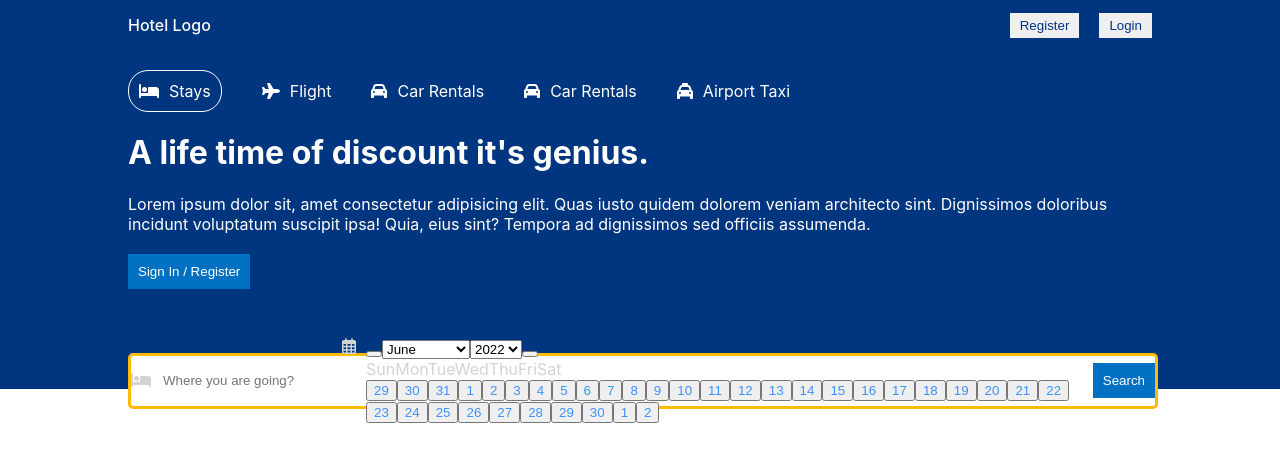
Repository: shikubro90/Booking-App
Page: /
These files come from the project's save history. The page is drawn as it stood at one moment and after a run of saves; the edit follows.
The browser window is 1280 px wide. The pictures show the whole page.
The project was rebuilt for these pictures with package versions that can differ from the ones it lists, and the page was loaded fresh each time. Also part of the build but not shown: src/App.css, src/pages/Hotels/Hotels.jsx. Imported but missing from the stored project, and not drawn on this page: src/pages/List/List.

Above is the page before, as saved 2022-06-29 01:05:07.

### src/App.js
import './App.css';
import {
  BrowserRouter,
  Routes,
  Route,
} from "react-router-dom";

import Home from './pages/Home/Home';
import List from './pages/List/List';
import Hotels from './pages/Hotels/Hotels';

function App() {
  return (
    <BrowserRouter>
      <Routes>
        <Route path='/' element={<Home/>}/>
        <Route path='hotels' element={<List/>}/>
        <Route path='hotels/:id' element={<Hotels/>}/>
      </Routes>
    </BrowserRouter>
  );
}

export default App;

### src/pages/Home/Home.jsx
import React from 'react';
import Header from '../../components/Header/Header';
import Navbar from '../../components/Navbar/Navbar';

const Home = () => {
    return (
        <div>
            <Navbar/>
            <Header/>
        </div>
    );
};

export default Home;

### src/components/Header/Header.jsx
import { faCalendarDays } from '@fortawesome/free-regular-svg-icons';
import { faBed, faCar, faPlane, faTaxi } from '@fortawesome/free-solid-svg-icons';
import { FontAwesomeIcon } from '@fortawesome/react-fontawesome';
import { useState } from 'react';
import { DateRange } from 'react-date-range';
import './Header.css';

const Header = () => {

    const [date, setDate] = useState([
        {
            startDate : new Date(),
            endDate : null,
            key : "selection"
        }
    ])

    return (
        <div className="header">
            <div className="headerContainer">
                <div className="headerList">
                    <div className="headerListItem active">
                        <FontAwesomeIcon icon={faBed} />
                        <span>Stays</span>
                    </div>
                    <div className="headerListItem">
                        <FontAwesomeIcon icon={faPlane} />
                        <span>Flight</span>
                    </div>
                    <div className="headerListItem">
                        <FontAwesomeIcon icon={faCar} />
                        <span>Car Rentals</span>
                    </div>
                    <div className="headerListItem">
                        <FontAwesomeIcon icon={faCar} />
                        <span>Car Rentals</span>
                    </div>
                    <div className="headerListItem">
                        <FontAwesomeIcon icon={faTaxi} />
                        <span>Airport Taxi</span>
                    </div>
                </div>
                {/* End headerListing */}

                <h1 className="headerTitle">
                    A life time of discount it's genius.
                </h1>
                <div className="headerDescription">
                    Lorem ipsum dolor sit, amet consectetur adipisicing elit. Quas iusto quidem dolorem veniam architecto sint. Dignissimos doloribus incidunt voluptatum suscipit ipsa! Quia, eius sint? Tempora ad dignissimos sed officiis assumenda.
                </div>
                <button className='headerButton'>Sign In / Register</button>

                <div className="headerSearch">
                    <div className="headerSearchItem">
                        <FontAwesomeIcon icon={faBed} className="headerIcon" />
                        <input type="text" placeholder='Where you are going?' className='headerSearchInput' />
                    </div>
                    {/* headerSearchItem */}
                    <div className="headerSearchItem">
                        <FontAwesomeIcon icon={faCalendarDays} className="headerIcon" />
                        <span className='headerSearchText'>
                            <DateRange
                            editableDateInputs={true}
                            onChange={item => setDate([item.selection])}

                            />
                        </span>
                    </div>
                    {/* headerSearchItem */}
                    <div className="headerSearchItem">
                        <button className="headerButton">Search</button>
                    </div>
                    {/* headerSearchItem */}
                </div>
                {/* HeaderSearch */}

            </div>
            {/* End headerContainer */}
        </div>
        // End header
    );
};

export default Header;

### src/components/Navbar/Navbar.jsx
import  './Navbar.css';

const Navbar = () => {
    return (
        <div className='navbar'>
            <div className="navContainer">
                <span className="logo">
                    Hotel Logo
                </span>
                {/* End Logo */}

                <div className="navItems">
                    <button className='navButton'>Register</button>
                    <button className='navButton'>Login</button>
                </div>
            </div>
            {/* End navContainer */}
        </div>
        // End Navbar
    );
};

export default Navbar;

### src/components/Header/Header.css
.header{
    background: #003580;
    color: white;
    display: flex;
    justify-content: center;
    position: relative;
}

.headerContainer{
    width: 100%;
    max-width: 1024px;
    margin: 20px 0 100px 0;
}

.headerList{
    display: flex;
    gap: 40px;
    margin-bottom: 20px;
}

.headerListItem{
    display: flex;
    align-items: center;
    gap: 10px;
}

.headerListItem.active{
    border: 1px solid white;
    padding: 10px;
    border-radius: 20px;
}

.headerDescription{
    margin: 20px 0px;
}

.headerButton{
    background: #0071c2;
    color: white;
    border: none;
    padding: 10px;
}

.headerSearch{
    background: white;
    height: 30px;
    border: 3px solid #febb02;
    display: flex;
    align-items: center;
    justify-content: space-around;
    padding: 10px 0;
    border-radius: 5px;
    position: absolute;
    bottom: -20px;
    width: 100%;
    max-width: 1024px;
}

.headerSearchItem{
    display: flex;
    gap: 10px
    ;
}

.headerSearchText{
    color: lightgray;
    cursor: pointer;
}
.headerSearchInput{
    border: none;
    outline: none;
}

.headerIcon{
    color: lightgray;
}

### src/components/Navbar/Navbar.css
.navbar{
    height: 50px;
    background-color: #003580;
    display: flex;
    justify-content: center;
}

.navContainer{
    width: 100%;
    max-width: 1024px;
    color: white;
    display: flex;
    align-items: center;
    justify-content: space-between;
}

.logo{
    font-weight: 500;
}

.navButton{
    margin-left: 20px;
    border: none;
    padding: 5px 10px;
    color: #003580;
    cursor: pointer;
}

Loaded but not shown: public/index.html (common file); src/index.js (common file); src/index.css (common file); src/reportWebVitals.js (common file)

After the next 3 saves:
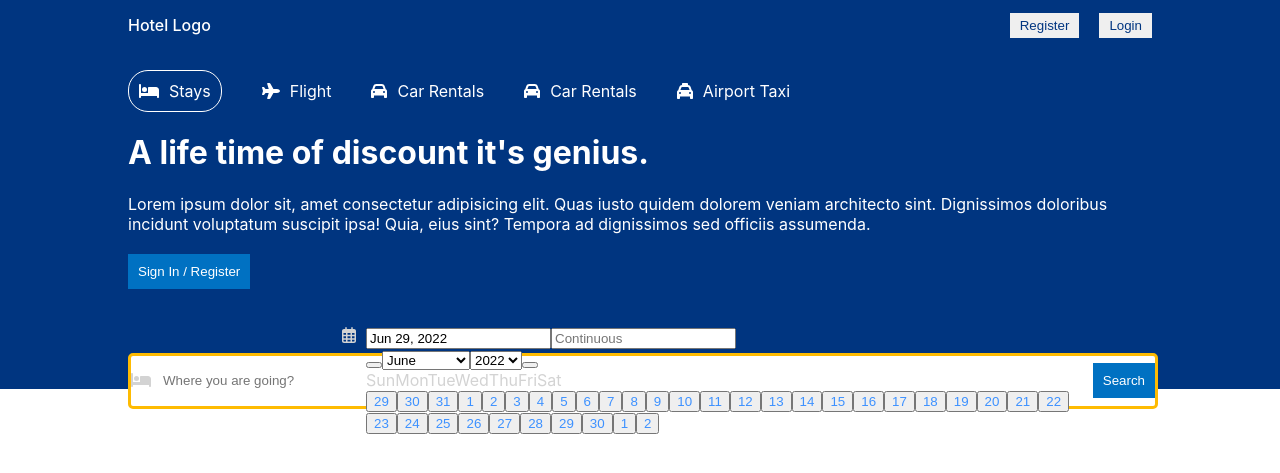
The 3 saves are shown as one change because 2 did not build or start.
The last was saved 24 s later.
--- a/src/components/Header/Header.jsx
+++ b/src/components/Header/Header.jsx
@@ -62,7 +62,8 @@ const Header = () => {
                             <DateRange
                             editableDateInputs={true}
                             onChange={item => setDate([item.selection])}
-
+                            moveRangeOnFirstSelection={false}
+                            ranges={date}
                             />
                         </span>
                     </div>
